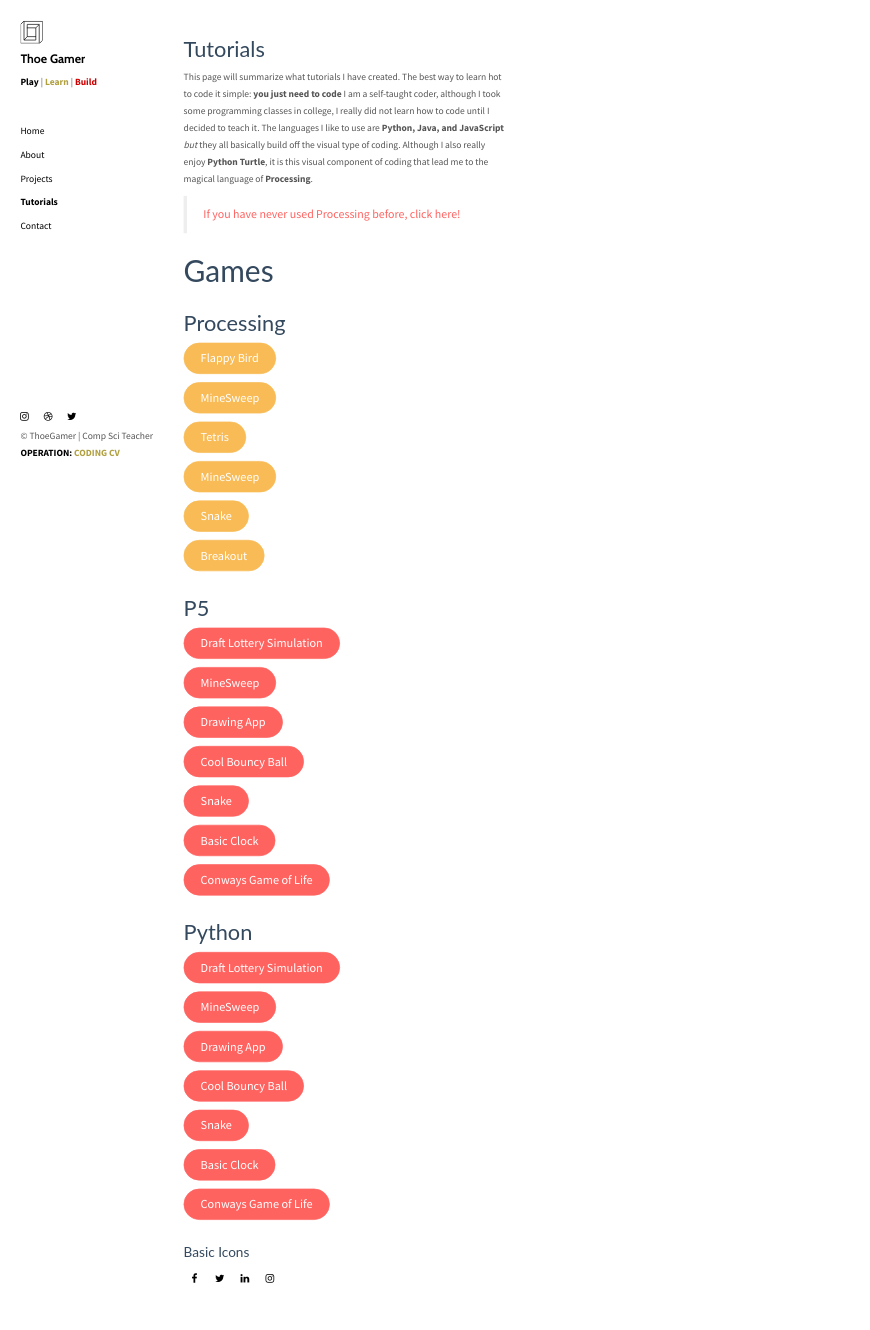
Repository: GamerThoe/GamerThoe.github.io
Page: components.html
The author's editor kept a record of every edit. The page is drawn from the files as they stood at one moment, then again after the next edit.
The browser window is 1280 px wide. The pictures show the whole page, at 68% of full size.

Above is the page before.

### components.html
<!DOCTYPE html>
<html lang="en">

<head>
  <meta charset="UTF-8">
  <meta content="IE=edge" http-equiv="X-UA-Compatible">
  <meta content="width=device-width,initial-scale=1" name="viewport">
  <meta content="description" name="description">
  <meta name="google" content="notranslate" />
  <meta content="Mashup templates have been developped by Orson.io team" name="author">

  <!-- Disable tap highlight on IE -->
  <meta name="msapplication-tap-highlight" content="no">

  <link href="./assets/apple-icon-180x180.png" rel="apple-touch-icon">
  <link href="./assets/favicon.ico" rel="icon">



  <title>Title page</title>

<link href="./main.82cfd66e.css" rel="stylesheet"></head>

<body>

 <!-- Add your content of header -->
<header class="">
  <div class="navbar navbar-default visible-xs">
    <button type="button" class="navbar-toggle collapsed">
      <span class="sr-only">Toggle navigation</span>
      <span class="icon-bar"></span>
      <span class="icon-bar"></span>
      <span class="icon-bar"></span>
    </button>
    <a href="./index.html" class="navbar-brand">Thoe Gamer ; )</a>
  </div>

  <nav class="sidebar">
    <div class="navbar-collapse" id="navbar-collapse">
      <div class="site-header hidden-xs">
          <a class="site-brand" href="./index.html" title="">
            <img class="img-responsive site-logo" alt="" src="./assets/images/mashup-logo.svg">
            Thoe Gamer
          </a>
        <p><span class="black">Play </span> | <span class="gold">Learn </span>| <span class="highlight">Build</span></p>
      </div>
      <ul class="nav">
        <li><a href="./index.html" title="">Home</a></li>
        <li><a href="./about.html" title="">About</a></li>
        <li><a href="./services.html" title="">Projects</a></li>
        <li class="black"><a href="./components.html" title="">Tutorials</a></li>
        <li><a href="./contact.html" title="">Contact</a></li>


      </ul>

      <nav class="nav-footer">
        <p class="nav-footer-social-buttons">
          <a class="fa-icon" href="https://www.instagram.com/" title="">
            <i class="fa fa-instagram"></i>
          </a>
          <a class="fa-icon" href="https://dribbble.com/" title="">
            <i class="fa fa-dribbble"></i>
          </a>
          <a class="fa-icon" href="https://twitter.com/" title="">
            <i class="fa fa-twitter"></i>
          </a>
        </p>
        <p>© ThoeGamer | Comp Sci Teacher <a href="https://mrthoe.github.io"><span class="black">OPERATION: <span class="gold">CODING CV</span></span></a></p>
      </nav>
    </div>
  </nav>
</header>
<main class="" id="main-collapse">


<!-- Add your site or app content here -->

    <div class="row">
      <div class="col-xs-12 col-md-6">

        <div class="template-example">
          <h2 class="template-title-example">Tutorials</h2>
          <p>This page will summarize what tutorials I have created.  The best way to learn hot to code it simple: <b>you just need to code</b>  I am a self-taught coder, although I took some programming classes in college, I really
          did not learn how to code until I decided to teach it.  The languages I like to use are <b>Python, Java, and JavaScript</b> <i>but</i> they all basically build off the visual type of coding.  Although I also really enjoy <b>Python Turtle</b>,
          it is this visual component of coding that lead me to the magical language of <b>Processing</b>.

          <blockquote>
            <p><a href="https://processing.org/">If you have never used Processing before, click here!</a></p>
          </blockquote>

          </p>
        </div>

        <div class="template-example">
          <h1 class="template-title-example">Games</h1>
          <div class="row">
            <div class="col-md-6">
              <h2 class="template-title-example">Processing</h2>
              <div class="row">
                  <div class="col-md-6">
                  <p><a href="" class="btn btn-info btn-lg">Flappy Bird</a></p>
                  <p><a href="" class="btn btn-info btn-lg">MineSweep</a></p>
                  <p><a href="" class="btn btn-info btn-lg">Tetris</a></p>
                  <p><a href="" class="btn btn-info btn-lg">MineSweep</a></p>
                  <p><a href="" class="btn btn-info btn-lg">Snake</a></p>
                  <p><a href="" class="btn btn-info btn-lg">Breakout</a></p>
                </div>
              </div>
              <h2 class="template-title-example">P5</h2>
              <div class="row">
                  <div class="col-md-6">
                  <p><a href="" class="btn btn-primary btn-lg">Draft Lottery Simulation</a></p>
                  <p><a href="" class="btn btn-primary btn-lg">MineSweep</a></p>
                  <p><a href="" class="btn btn-primary btn-lg">Drawing App</a></p>
                  <p><a href="" class="btn btn-primary btn-lg">Cool Bouncy Ball</a></p>
                  <p><a href="" class="btn btn-primary btn-lg">Snake</a></p>
                  <p><a href="" class="btn btn-primary btn-lg">Basic Clock</a></p>
                  <p><a href="" class="btn btn-primary btn-lg">Conways Game of Life</a></p>
                </div>
              </div>
              <h2 class="template-title-example">Python</h2>
              <div class="row">
                  <div class="col-md-6">
                  <p><a href="" class="btn btn-primary btn-lg">Draft Lottery Simulation</a></p>
                  <p><a href="" class="btn btn-primary btn-lg">MineSweep</a></p>
                  <p><a href="" class="btn btn-primary btn-lg">Drawing App</a></p>
                  <p><a href="" class="btn btn-primary btn-lg">Cool Bouncy Ball</a></p>
                  <p><a href="" class="btn btn-primary btn-lg">Snake</a></p>
                  <p><a href="" class="btn btn-primary btn-lg">Basic Clock</a></p>
                  <p><a href="" class="btn btn-primary btn-lg">Conways Game of Life</a></p>
                </div>
              </div>



          </div>

        </div>


          <div class="row">

            <div class="col-md-6">
               <h3 class="template-title-example">Basic Icons</h2>
                <ul class="list-icons">
                  <li>
                    <span class="fa-icon">
                      <i class="fa fa-facebook"></i>
                    </span>
                  </li>
                  <li>
                    <span class="fa-icon">
                      <i class="fa fa-twitter"></i>
                    </span>
                  </li>
                  <li>
                    <span class="fa-icon">
                      <i class="fa fa-linkedin"></i>
                    </span>
                  </li>
                  <li>
                    <span class="fa-icon">
                      <i class="fa fa-instagram"></i>
                    </span>
                  </li>
                </ul>
            </div>

          </div>





        </div>


        </div>




      </div>
    </div>


</main>

<script>
document.addEventListener("DOMContentLoaded", function (event) {
  navbarToggleSidebar();
  navActivePage();
});
</script>

<!-- Google Analytics: change UA-XXXXX-X to be your site's ID

<script>
  (function (i, s, o, g, r, a, m) {
    i['GoogleAnalyticsObject'] = r; i[r] = i[r] || function () {
      (i[r].q = i[r].q || []).push(arguments)
    }, i[r].l = 1 * new Date(); a = s.createElement(o),
      m = s.getElementsByTagName(o)[0]; a.async = 1; a.src = g; m.parentNode.insertBefore(a, m)
  })(window, document, 'script', '//www.google-analytics.com/analytics.js', 'ga');
  ga('create', 'UA-XXXXX-X', 'auto');
  ga('send', 'pageview');
</script>

--> <script type="text/javascript" src="./main.85741bff.js"></script></body>

</html>

Loaded but not shown: main.82cfd66e.css (library); main.85741bff.js (library)

After the next edit:
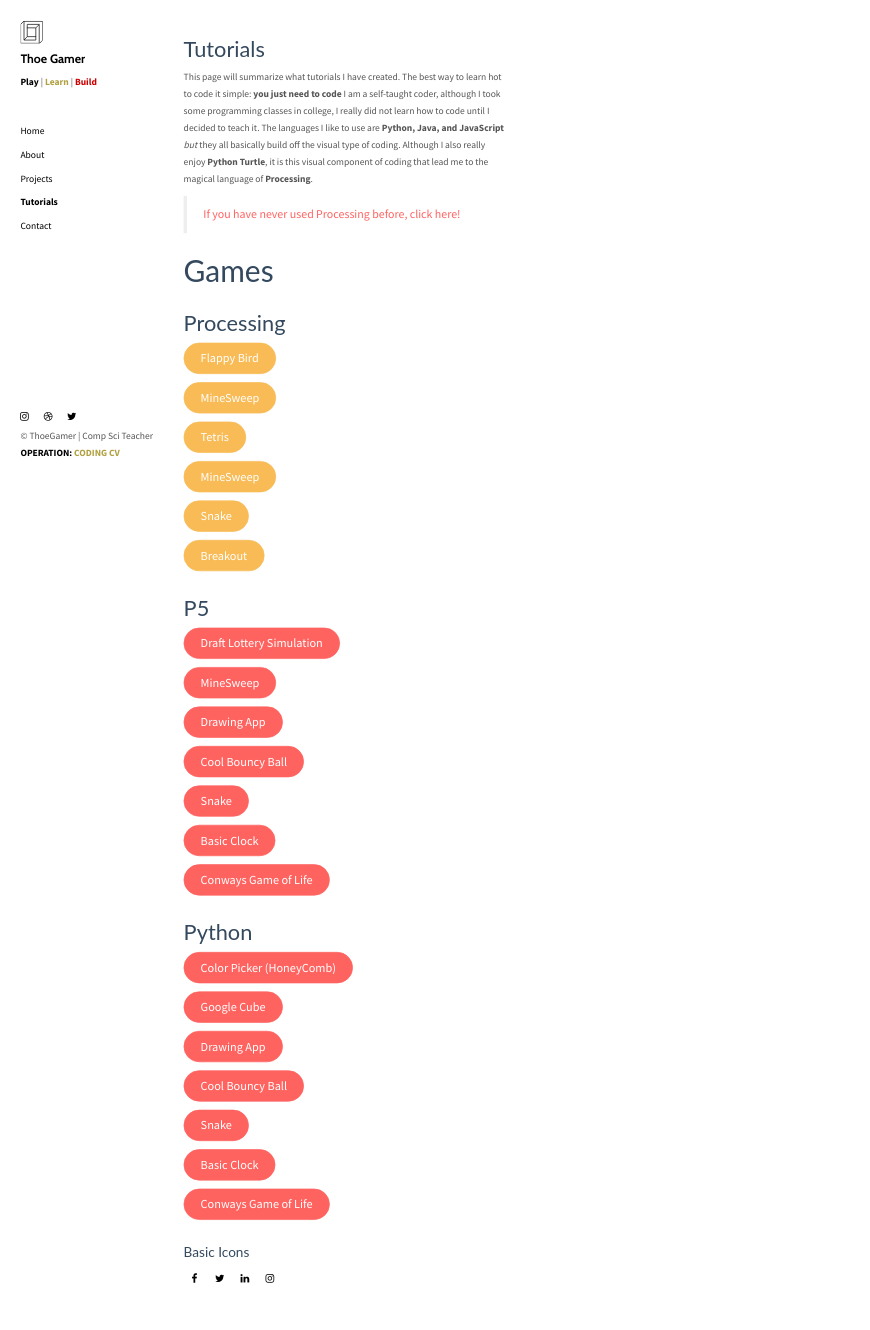
The edit:
--- a/components.html
+++ b/components.html
@@ -122,8 +122,8 @@
               <h2 class="template-title-example">Python</h2>
               <div class="row">
                   <div class="col-md-6">
-                  <p><a href="" class="btn btn-primary btn-lg">Draft Lottery Simulation</a></p>
-                  <p><a href="" class="btn btn-primary btn-lg">MineSweep</a></p>
+                  <p><a href="" class="btn btn-primary btn-lg">Color Picker (HoneyComb)</a></p>
+                  <p><a href="" class="btn btn-primary btn-lg">Google Cube</a></p>
                   <p><a href="" class="btn btn-primary btn-lg">Drawing App</a></p>
                   <p><a href="" class="btn btn-primary btn-lg">Cool Bouncy Ball</a></p>
                   <p><a href="" class="btn btn-primary btn-lg">Snake</a></p>
